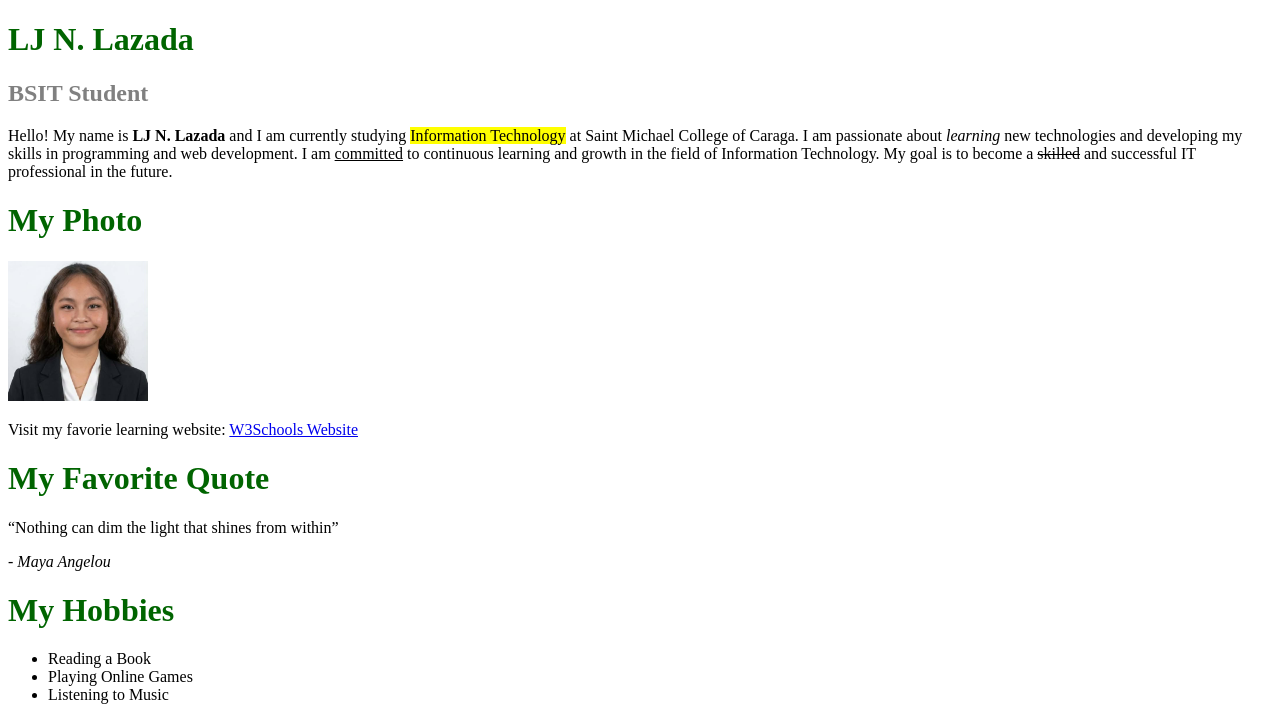
Repository: ljlazada11/myfirsthtml
Page: index.html
An editor plug-in stored every save of this project. The page is shown before and after the next save, followed by the edit.
The browser window is 1280 px wide. The pictures show the whole page.

Above is the page before, as saved 2026-06-24 20:00:47.

### index.html
<!DOCTYPE html>
<html lang="en">
<head>
    <meta charset="UTF-8">
    <meta name="viewport" content="width=device-width, initial-scale=1.0">
    <title>My Personal Web Profile</title>
    <link rel="icon" type="image/x-icon" href="images.png">

</head>
<body>
    <h1 style="color:darkgreen;">LJ N. Lazada</h1>
    <h2 style="color:gray;">BSIT Student</h2>
    <p>Hello! My name is <strong>LJ N. Lazada</strong> and I am currently studying <mark>Information Technology</mark> at Saint Michael College of Caraga. I am passionate about <i>learning</i> new technologies and developing my skills in programming and web development. I am <ins>committed</ins> to continuous learning and growth in the field of Information Technology. My goal is to become a <del>skilled</del> and successful IT professional in the future.</p>
</body>
    <h1 style="color:darkgreen;">My Photo</h1>
    <img src="pic.jpg" alt="My	Profile	Picture" width="140" height="140">
    <p> Visit my favorie learning website: <a href="https://www.w3schools.com/html/default.asp" target="_blank">W3Schools	Website</a></p>

<body>
    <h1 style="color:darkgreen;">My Favorite Quote</h1>
    <p><q>Nothing can dim the light that shines from within</q></p>
    <p><cite>- Maya Angelou</cite></p>
</body>
<body>
    <h1 style="color:darkgreen">My Hobbies</h1>
    <ul>
        <li>Reading a Book</li>
        <li>Playing Online Games</li>
        <li>Listening to Music</li>
    </ul>
</body>


</html>

After the next save:
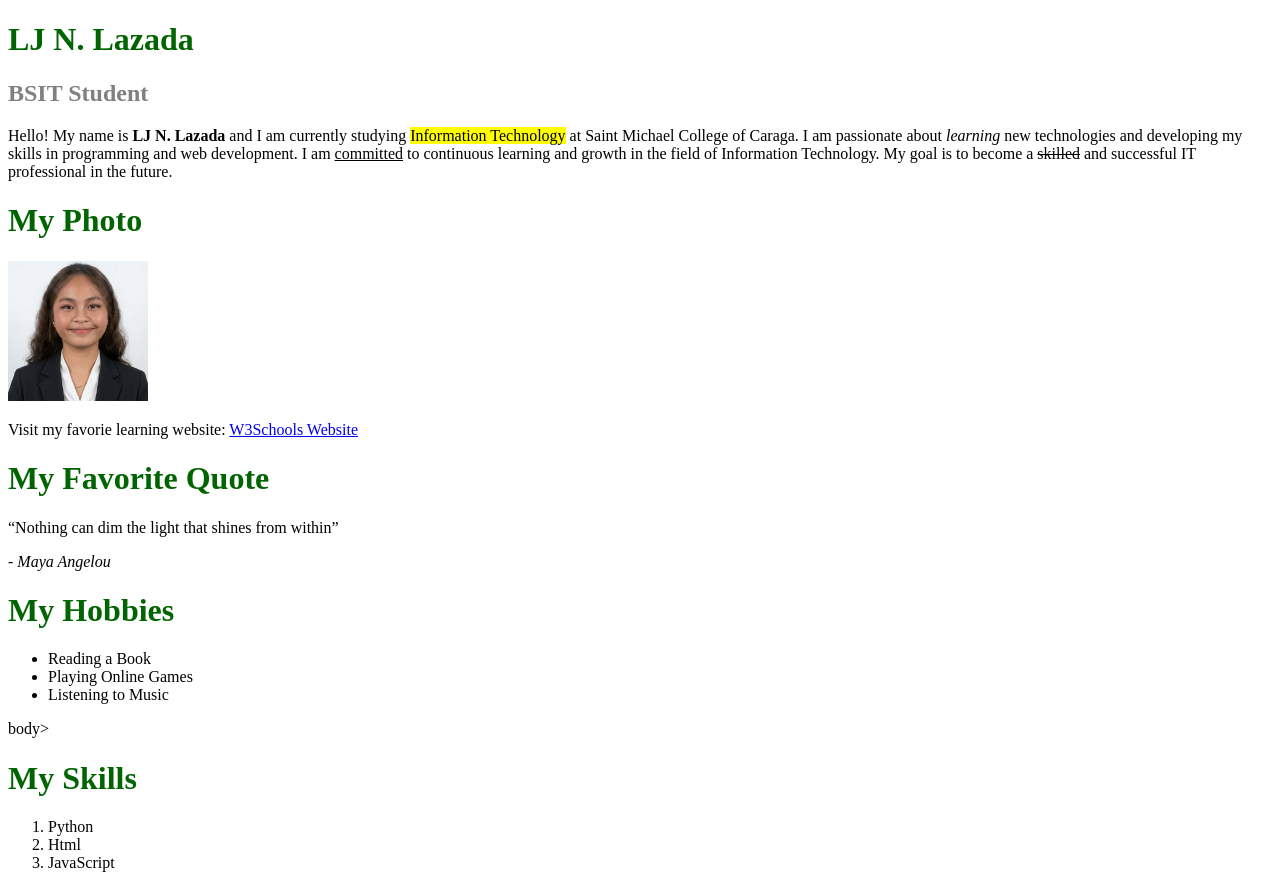
Saved 4 min 0 s later.
--- a/index.html
+++ b/index.html
@@ -29,6 +29,13 @@
         <li>Listening to Music</li>
     </ul>
 </body>
+body>
+    <h1 style="color:darkgreen">My Skills</h1>
+    <ol>
+        <li>Python</li>
+        <li>Html</li>
+        <li>JavaScript</li>
+    </ol>
 
 
 </html>
